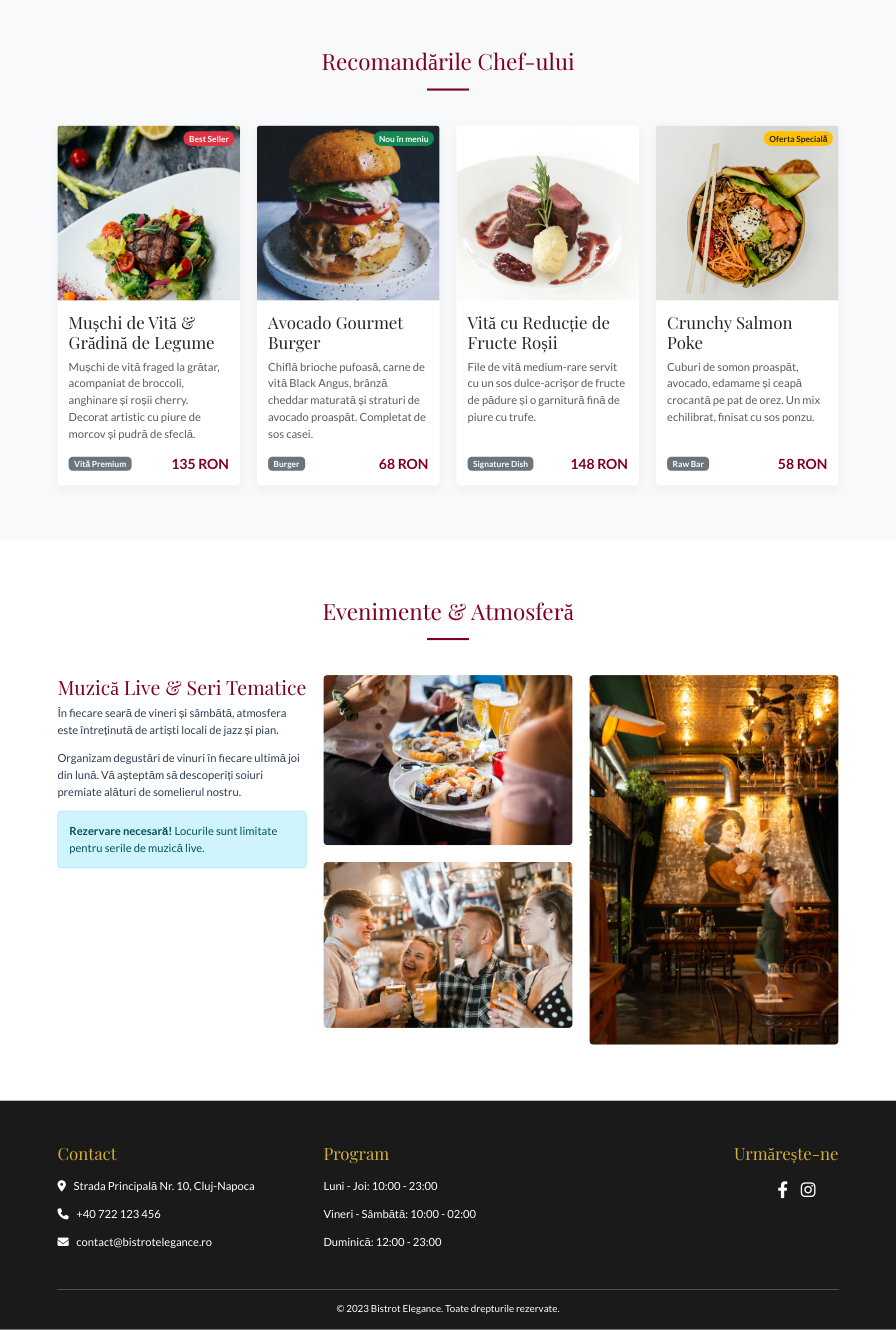
Repository: 912-Comsa-Teodora/bistrot-restaurant
Page: restaurant/index.html
An editor plug-in stored every save of this project. The page is shown before and after the next save, followed by the edit.
The browser window is 1280 px wide. The pictures show the part of the page from y = 1148 to 3068 px (the page is 3048 px tall before and 3068 px after), at 70% of full size.
A picture or video elsewhere on the page could not be fetched, so the positions and the page height are approximate.

Above is the page before, as saved 2026-01-17 14:15:13.

### restaurant/index.html
<!DOCTYPE html>
<html lang="ro">
<head>
    <meta charset="UTF-8">
    <meta name="viewport" content="width=device-width, initial-scale=1.0">
    <meta name="description" content="Cel mai bun restaurant și bar din oraș. Atmosferă unică, meniu select.">
    <meta name="author" content="Numele Tau">

    <title>Bistrot Elegance - Restaurant & Bar</title>

    <link href="https://cdn.jsdelivr.net/npm/bootstrap@5.3.0/dist/css/bootstrap.min.css" rel="stylesheet">

    <link rel="stylesheet" href="https://cdnjs.cloudflare.com/ajax/libs/font-awesome/6.4.0/css/all.min.css">

    <link href="https://fonts.googleapis.com/css2?family=Playfair+Display:wght@400;700&family=Lato:wght@300;400;700&display=swap" rel="stylesheet">

    <style>
        :root {
            --primary-color: #800020; /* Visiniu elegant stil Toulouse */
            --gold-color: #d4af37;
            --text-dark: #2c3e50;
        }

        body {
            font-family: 'Lato', sans-serif;
            color: var(--text-dark);
            padding-top: 65px; /* Pentru a nu ascunde continutul sub meniul fix */
        }

        h1, h2, h3, h4, h5 {
            font-family: 'Playfair Display', serif;
            color: var(--primary-color);
        }

        /* Navigatie */
        .navbar {
            background-color: #fff;
            box-shadow: 0 2px 10px rgba(0,0,0,0.1);
        }

        .navbar-brand img {
            max-height: 40px;
        }

        .nav-link {
            color: var(--text-dark);
            font-weight: 700;
            text-transform: uppercase;
            font-size: 0.9rem;
        }

        .nav-link:hover {
            color: var(--primary-color);
        }

        /* Carousel Custom */
        #heroCarousel .carousel-item img {
            height: 80vh; /* Inaltimea caruselului */
            object-fit: cover;
            filter: brightness(0.5); /* Intunecam putin imaginile pentru contrast text */
        }

        .carousel-caption {
            top: 50%;
            transform: translateY(-50%);
            bottom: auto;
            width: 70%;
            left: 15%;
        }

        .carousel-caption p {
            margin-top: 0;
            margin-bottom: 1.5rem;
            font-size: 1.2rem;
            font-weight: 300;
        }

        .carousel-caption h2 {
            font-size: 4rem;
            color: #fff;
            text-shadow: 2px 2px 4px rgba(0,0,0,0.6);
        }

        /* Sectiuni Generale */
        section {
            padding: 80px 0;
        }

        .bg-light-custom {
            background-color: #f8f9fa;
        }

        .section-title {
            text-align: center;
            margin-bottom: 50px;
            position: relative;
        }

        .section-title::after {
            content: '';
            display: block;
            width: 60px;
            height: 3px;
            background-color: var(--primary-color);
            margin: 20px auto;
        }

        /* Carduri Meniu */
        .card {
            border: none;
            transition: transform 0.3s;
            box-shadow: 0 5px 15px rgba(0,0,0,0.05);
        }

        .card:hover {
            transform: translateY(-5px);
        }

        .card-img-top {
            height: 250px;
            width: 100%;
            object-fit: cover;
            object-position: center;
        }

        .price-tag {
            font-size: 1.25rem;
            font-weight: bold;
            color: var(--primary-color);
        }

        /* Evenimente */

        @media (min-width: 992px) {

            .event-img-small {
                height: 250px;
                width: 100%;
                object-fit: cover;
            }

            /* Force large image to be exactly: Small + Small + Margin */
            .event-img-large {
                /* 250 + 250 + 1.5rem (Bootstrap's mb-4 spacer is 1.5rem) */
                height: calc(500px + 1.5rem);
                width: 100%;
                object-fit: cover;
            }
        }

        /* Footer */
        footer {
            background-color: #1a1a1a;
            color: #fff;
            padding: 60px 0 20px;
        }

        footer h4 {
            color: var(--gold-color);
            margin-bottom: 20px;
        }

        .social-icons a {
            color: #fff;
            font-size: 1.5rem;
            margin-right: 15px;
            transition: color 0.3s;
        }

        .social-icons a:hover {
            color: var(--gold-color);
        }
    </style>
</head>
<body>

    <header id="home">
        <nav class="navbar navbar-expand-lg navbar-light fixed-top">
            <div class="container">
                <a class="navbar-brand" href="index.html">
                    <img src="./pictures/Bistrot-Elegance-Logo.png" alt="Logo Bistrot Elegance">
                </a>

                <button class="navbar-toggler" type="button" data-bs-toggle="collapse" data-bs-target="#navbarContent" aria-controls="navbarContent" aria-expanded="false" aria-label="Toggle navigation">
                    <span class="navbar-toggler-icon"></span>
                </button>

                <div class="collapse navbar-collapse" id="navbarContent">
                    <ul class="navbar-nav ms-auto mb-2 mb-lg-0">
                        <li class="nav-item">
                            <a class="nav-link" href="#home">Acasă</a>
                        </li>
                        <li class="nav-item">
                            <a class="nav-link" href="#meniu">Meniu</a>
                        </li>
                        <li class="nav-item">
                            <a class="nav-link" href="#despre">Despre Noi</a>
                        </li>
                        <li class="nav-item">
                            <a class="nav-link" href="#specialitati">Specialități</a>
                        </li>
                        <li class="nav-item">
                            <a class="nav-link" href="#evenimente">Evenimente</a>
                        </li>
                        <li class="nav-item">
                            <a class="nav-link" href="#contact">Contact</a>
                        </li>
                    </ul>
                </div>
            </div>
        </nav>
    </header>

        <div id="heroCarousel" class="carousel slide" data-bs-ride="carousel">
            <div class="carousel-inner">
                <div class="carousel-item active" data-bs-interval="3000">
                    <img src="pictures/restaurant-imagine-principala.jpg" class="d-block w-100" alt="Interior restaurant seara cu lumini ambientale">
                    <div class="carousel-caption d-none d-md-block">
                        <p>Bine ați venit la</p>
                        <h2>Bistrot Elegance</h2>
                        <p>O experiență culinară de neuitat în inima orașului</p>
                    </div>
                </div>

                <div class="carousel-item" data-bs-interval="3000">
                    <img src="pictures/cover-bauturi.jpg" class="d-block w-100" alt="Barman preparând cocktailuri signature">
                    <div class="carousel-caption d-none d-md-block">
                        <h2>Cocktailuri Signature</h2>
                        <p>Mixologie rafinată pentru seri perfecte</p>
                    </div>
                </div>

                <div class="carousel-item" data-bs-interval="3000">
                    <img src="pictures/cover-mancare.jpg" class="d-block w-100" alt="Barman preparând cocktailuri signature">
                    <div class="carousel-caption d-none d-md-block">
                        <h2>Gusturi Autentice</h2>
                        <p>Preparate create cu pasiune din ingrediente locale</p>
                    </div>
                </div>

                <div class="carousel-item" data-bs-interval="3000">
                    <img src="pictures/cover-desert.jpg" class="d-block w-100" alt="Deserturi facute in casa">
                    <div class="carousel-caption d-none d-md-block">
                        <h2>Deserturi Artizanale</h2>
                        <p>Finalul dulce perfect pentru orice masă</p>
                    </div>
                </div>
            </div>
        </div>

    <section id="despre">
        <div class="container">
            <div class="row align-items-center">
                <div class="col-lg-6 mb-4 mb-lg-0">
                    <h2 class="mb-4">Povestea Noastră</h2>
                    <h3 class="text-muted mb-3">Tradiție și modernism din 2010</h3>
                    <p>
                        Situat într-o clădire istorică, <strong>Bistrot Elegance</strong> îmbină arhitectura clasică cu un design interior modern și vibrant. Ne mândrim cu o atmosferă care invită la relaxare și conversație, fiind locul ideal atât pentru întâlniri de afaceri, cât și pentru cine romantice.
                    </p>
                    <p>
                        Filozofia noastră culinară se bazează pe ingrediente locale, proaspete, reinterpretate într-o manieră internațională. Echipa noastră de bucătari pasionați lucrează zilnic pentru a oferi preparate care surprind prin gust și prezentare.
                    </p>
                </div>
                <div class="col-lg-6">
                    <img src="pictures/interior-restaurant.jpg" class="img-fluid rounded shadow" alt="Fotografie cu interiorul restaurantului la ora pranzului">
                </div>
            </div>
        </div>
    </section>

    <section id="specialitati" class="bg-light-custom">
        <div class="container">
            <h2 class="section-title">Recomandările Chef-ului</h2>
            <div class="row g-4">

                <div class="col-md-6 col-lg-3">
                    <div class="card h-100">
                        <span class="position-absolute top-0 end-0 badge rounded-pill bg-danger m-2">
                            Best Seller
                        </span>
                        <img src="pictures/muschi-de-vita-cu-legume.jpg" class="card-img-top" alt="Friptura de vita pe gratar">
                        <div class="card-body d-flex flex-column">
                            <h4 class="card-title">Mușchi de Vită & Grădină de Legume</h4>
                            <p class="card-text text-muted">Mușchi de vită fraged la grătar, acompaniat de broccoli, anghinare și roșii cherry. Decorat artistic cu piure de morcov și pudră de sfeclă.</p>
                            <div class="mt-auto d-flex justify-content-between align-items-center">
                                <span class="badge bg-secondary">Vită Premium</span>
                                <span class="price-tag">135 RON</span>
                            </div>
                        </div>
                    </div>
                </div>

                <div class="col-md-6 col-lg-3">
                    <div class="card h-100">
                         <span class="position-absolute top-0 end-0 badge rounded-pill bg-success m-2">
                            Nou în meniu
                        </span>
                        <img src="pictures/avocado-gourmet-burger.jpg" class="card-img-top" alt="Burger Gourmet">
                        <div class="card-body d-flex flex-column">
                            <h4 class="card-title">Avocado Gourmet Burger</h4>
                            <p class="card-text text-muted">Chiflă brioche pufoasă, carne de vită Black Angus, brânză cheddar maturată și straturi de avocado proaspăt. Completat de sos casei.</p>
                            <div class="mt-auto d-flex justify-content-between align-items-center">
                                <span class="badge bg-secondary">Burger</span>
                                <span class="price-tag">68 RON</span>
                            </div>
                        </div>
                    </div>
                </div>

                <div class="col-md-6 col-lg-3">
                    <div class="card h-100">
                        <img src="pictures/vita-cu-fructe-rosii.jpg" class="card-img-top" alt="Vita fructe rosii">
                        <div class="card-body d-flex flex-column">
                            <h4 class="card-title">Vită cu Reducție de Fructe Roșii</h4>
                            <p class="card-text text-muted">File de vită medium-rare servit cu un sos dulce-acrișor de fructe de pădure și o garnitură fină de piure cu trufe.</p>
                            <div class="mt-auto d-flex justify-content-between align-items-center">
                                <span class="badge bg-secondary">Signature Dish</span>
                                <span class="price-tag">148 RON</span>
                            </div>
                        </div>
                    </div>
                </div>

                <div class="col-md-6 col-lg-3">
                    <div class="card h-100">
                        <span class="position-absolute top-0 end-0 badge rounded-pill bg-warning text-dark m-2">
                            Oferta Specială
                        </span>
                        <img src="pictures/salmon-poke.jpg" class="card-img-top" alt="Poke Bowl">
                        <div class="card-body d-flex flex-column">
                            <h4 class="card-title">Crunchy Salmon Poke</h4>
                            <p class="card-text text-muted">Cuburi de somon proaspăt, avocado, edamame și ceapă crocantă pe pat de orez. Un mix echilibrat, finisat cu sos ponzu.</p>
                            <div class="mt-auto d-flex justify-content-between align-items-center">
                                <span class="badge bg-secondary">Raw Bar</span>
                                <span class="price-tag">58 RON</span>
                            </div>
                        </div>
                    </div>
                </div>

            </div>
        </div>
    </section>

    <section id="evenimente">
        <div class="container">
            <h2 class="section-title">Evenimente & Atmosferă</h2>
            <div class="row">
                <div class="col-lg-4 mb-4">
                    <h3>Muzică Live & Seri Tematice</h3>
                    <p>În fiecare seară de vineri și sâmbătă, atmosfera este întreținută de artiști locali de jazz și pian.</p>
                    <p>Organizam degustări de vinuri în fiecare ultimă joi din lună. Vă așteptăm să descoperiți soiuri premiate alături de somelierul nostru.</p>
                    <div class="alert alert-info mt-3" role="alert">
                        <strong>Rezervare necesară!</strong> Locurile sunt limitate pentru serile de muzică live.
                    </div>
                </div>

                <div class="col-lg-4 col-md-6 mb-4">
                    <img src="pictures/seara-tematica-sushi.jpg" class="img-fluid rounded mb-4 w-100" alt="Formatie de jazz cantand live">
                    <img src="pictures/petrecere-privata.jpg" class="img-fluid rounded w-100" alt="Pahare de vin pe masa">
                </div>

                <div class="col-lg-4 col-md-6">
                    <img src="pictures/seara-de-jazz.jpg" class="img-fluid rounded h-100 w-100" style="object-fit: cover;" alt="Grup de oameni la o masa festiva">
                </div>
            </div>
        </div>
    </section>

    <footer id="contact">
        <div class="container">
            <div class="row">
                <div class="col-md-4 mb-4">
                    <h4>Contact</h4>
                    <p><i class="fas fa-map-marker-alt me-2"></i> Strada Principală Nr. 10, Cluj-Napoca</p>
                    <p><i class="fas fa-phone me-2"></i> +40 722 123 456</p>
                    <p><i class="fas fa-envelope me-2"></i> contact@bistrotelegance.ro</p>
                </div>

                <div class="col-md-4 mb-4">
                    <h4>Program</h4>
                    <p>Luni - Joi: 10:00 - 23:00</p>
                    <p>Vineri - Sâmbătă: 10:00 - 02:00</p>
                    <p>Duminică: 12:00 - 23:00</p>
                </div>

                <div class="col-md-4 mb-4 text-md-end text-start">
                    <h4>Urmărește-ne</h4>
                    <div class="social-icons">
                        <a href="#" aria-label="Facebook"><i class="fab fa-facebook-f"></i></a>
                        <a href="#" aria-label="Instagram"><i class="fab fa-instagram"></i></a>
                        <a href="#" aria-label="TripAdvisor"><i class="fab fa-tripadvisor"></i></a>
                    </div>
                </div>
            </div>

            <hr class="bg-light">

            <div class="row">
                <div class="col-12 text-center">
                    <p class="small mb-0">&copy; 2023 Bistrot Elegance. Toate drepturile rezervate.</p>
                </div>
            </div>
        </div>
    </footer>

    <script src="https://cdn.jsdelivr.net/npm/bootstrap@5.3.0/dist/js/bootstrap.bundle.min.js"></script>
</body>
</html>

After the next save:
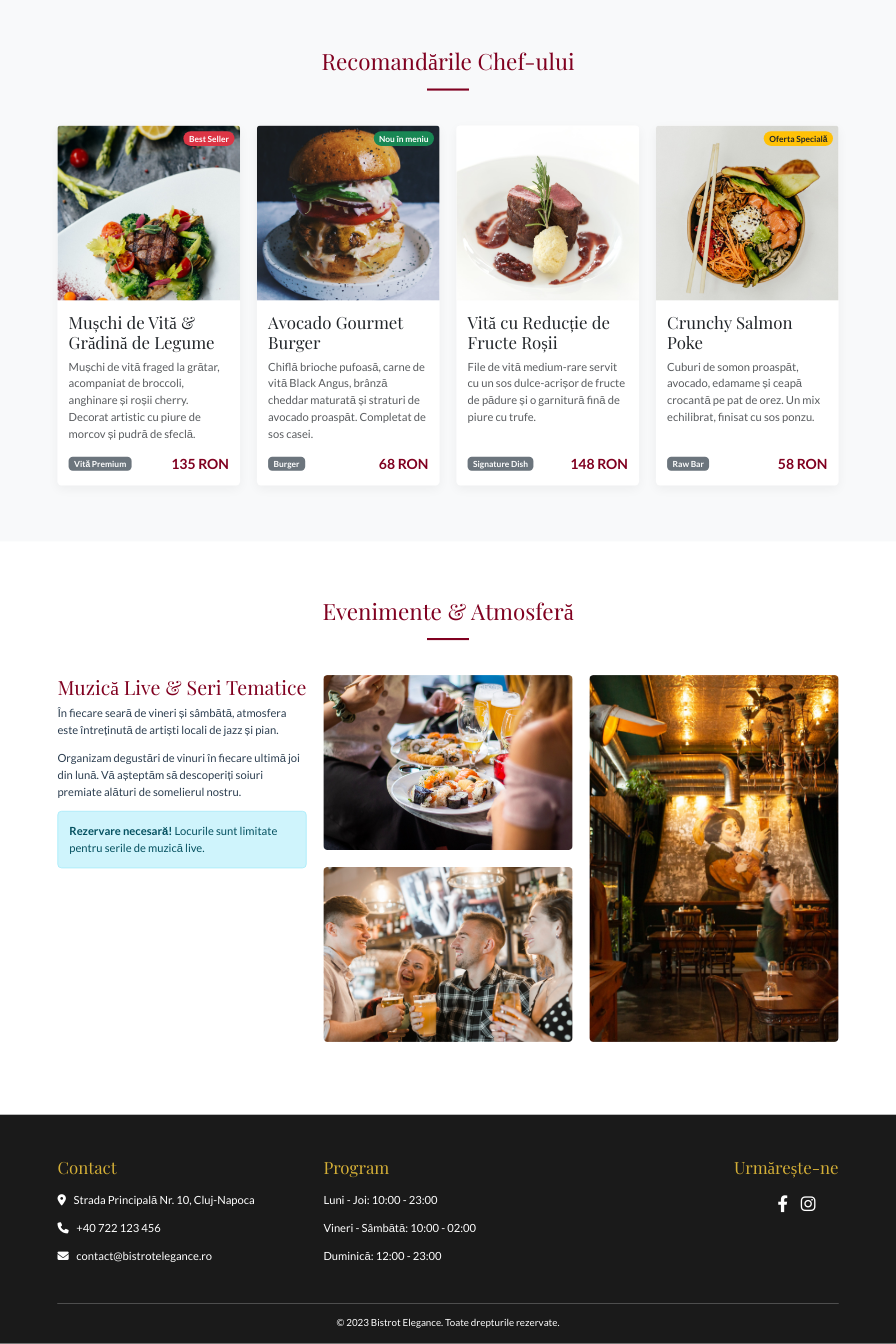
Saved 24 s later.
--- a/restaurant/index.html
+++ b/restaurant/index.html
@@ -356,12 +356,13 @@
                 </div>
 
                 <div class="col-lg-4 col-md-6 mb-4">
-                    <img src="pictures/seara-tematica-sushi.jpg" class="img-fluid rounded mb-4 w-100" alt="Formatie de jazz cantand live">
-                    <img src="pictures/petrecere-privata.jpg" class="img-fluid rounded w-100" alt="Pahare de vin pe masa">
+                    <img src="pictures/seara-tematica-sushi.jpg" class="img-fluid rounded mb-4 w-100 event-img-small" alt="Formatie de jazz cantand live">
+
+                    <img src="pictures/petrecere-privata.jpg" class="img-fluid rounded w-100 event-img-small" alt="Pahare de vin pe masa">
                 </div>
 
                 <div class="col-lg-4 col-md-6">
-                    <img src="pictures/seara-de-jazz.jpg" class="img-fluid rounded h-100 w-100" style="object-fit: cover;" alt="Grup de oameni la o masa festiva">
+                    <img src="pictures/seara-de-jazz.jpg" class="img-fluid rounded w-100 event-img-large" alt="Grup de oameni la o masa festiva">
                 </div>
             </div>
         </div>
